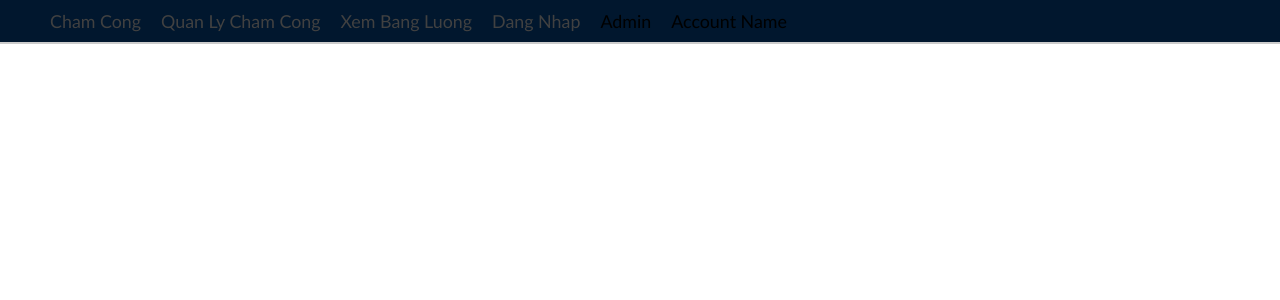
Repository: LDDUNG2003/a
Page: index.html
An editor plug-in stored every save of this project. The page is shown before and after the next save, followed by the edit.
The browser window is 1280 px wide. The pictures show the whole page.

Above is the page before, as saved 2023-10-13 23:46:08.

After the next save:
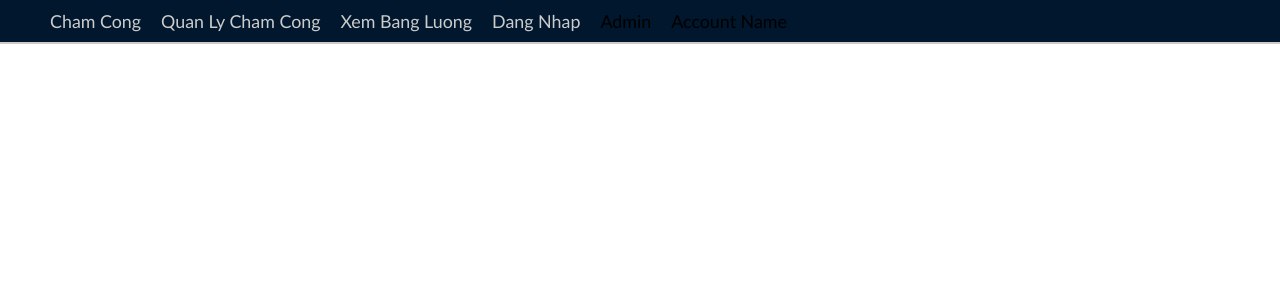
Saved 11 s later.
--- a/controlView/css/base.css
+++ b/controlView/css/base.css
@@ -1,6 +1,6 @@
 :root {
     --primary-color: #0066cc;
-    --text-color: #414141;
+    --text-color: #ccc;
 }
 
 * {
